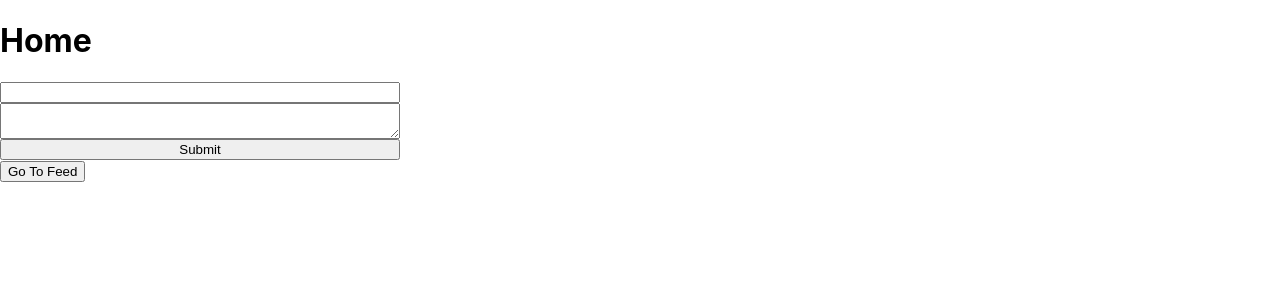
Repository: shaelorch/comp-week4
Page: /addPosts
These files come from the project's save history. The page is drawn as it stood at one moment and after the next save; the edit follows.
The browser window is 1280 px wide. The pictures show the whole page.
The project was rebuilt for these pictures with package versions that can differ from the ones it lists, and the page was loaded fresh each time. The framework's server and built-in components were replaced by stand-ins that run in the browser. Also part of the build but not shown: next.config.js.

Above is the page before, as saved 2023-01-31 23:01:54.

After the next save:
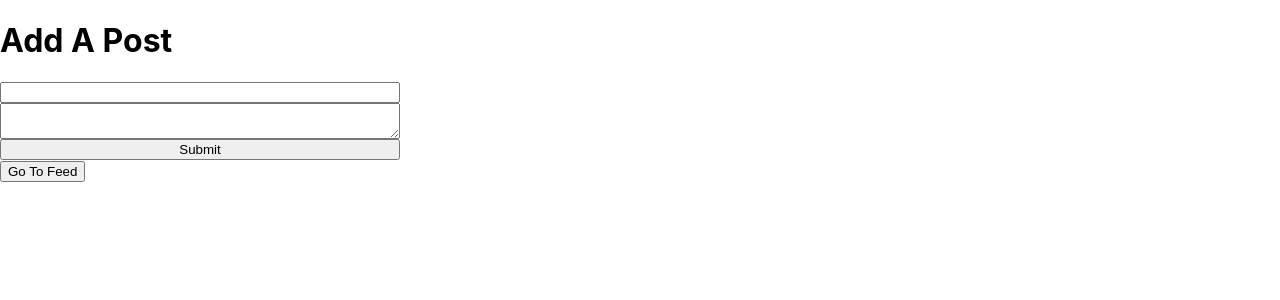
Saved 16 s later.
--- a/pages/addPosts.js
+++ b/pages/addPosts.js
@@ -13,7 +13,7 @@ export default function Home({posts}) {
   }
 
   return <div>
-  <h1>Home</h1>
+  <h1>Add A Post</h1>
 
         <form onSubmit={handleSubmit} style={{display: "flex", flexDirection: "column", maxWidth: "400px"}}>
           <input type="text" value={title} onChange={(e) => setTitle(e.target.value)} />
